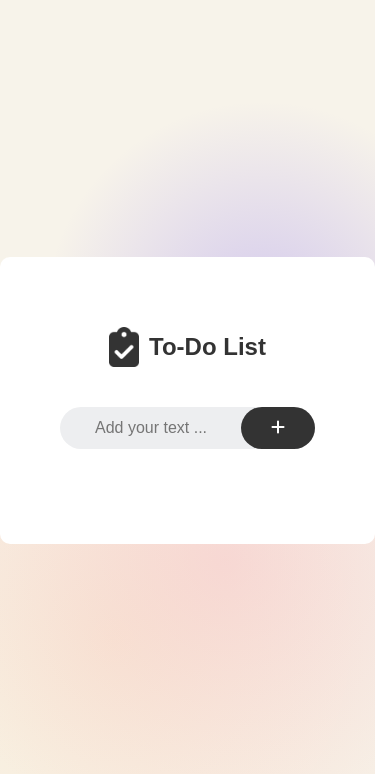
Repository: maltika/To-do_list
Page: index.html
The author's editor kept a copy of each file at every save. The page is drawn from the files as they stood at one save, then again after the next save.
The browser window is 375 px wide. The pictures show the whole page.

Above is the page before, as saved 2025-05-20 15:09:19.

After the next save:
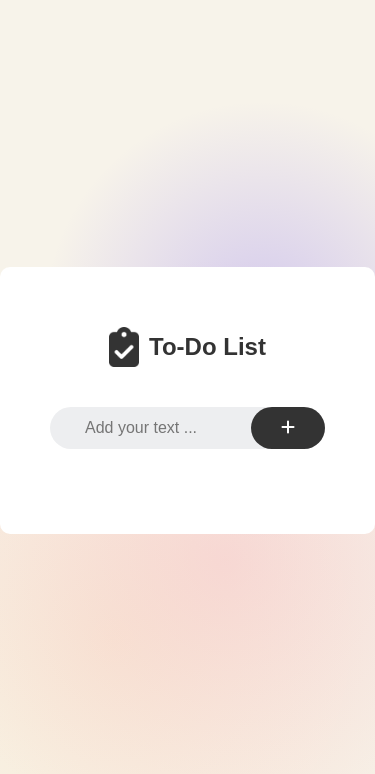
Saved 29 s later.
--- a/style.css
+++ b/style.css
@@ -155,3 +155,10 @@ ul li span {
 ul li span:hover{
     background-color: #dcdbdb;
 }
+
+@media (max-width: 500px) {
+    .todo-app {
+        padding: 30px 20px 60px; /* เพิ่ม padding ซ้าย-ขวา */
+        margin: 50px 15px;       /* เพิ่ม margin ซ้าย-ขวา */
+    }
+}
